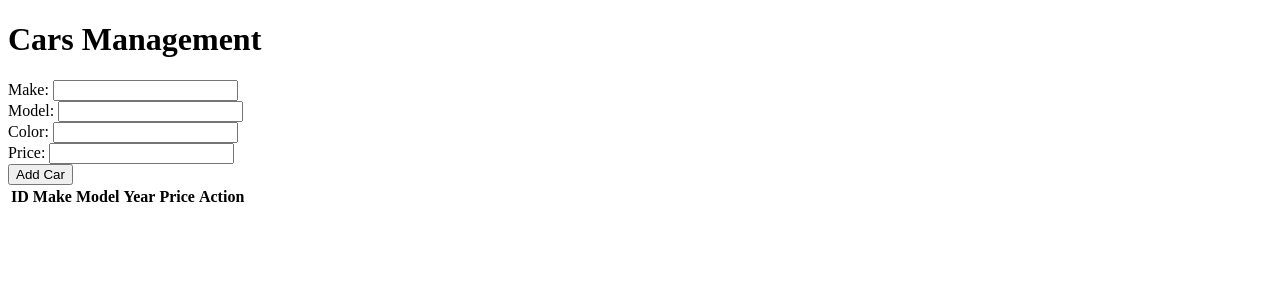
Repository: akshayambulgekar/TrainingProject
Page: Cars/Cars/src/main/resources/static/index.html
The author's editor kept a copy of each file at every save. The page is drawn from the files as they stood at one save, then again after the next save.
The browser window is 1280 px wide. The pictures show the whole page.
The page's requests for data from a server got no answer.

Above is the page before, as saved 2023-07-24 08:48:08.

After the next save:
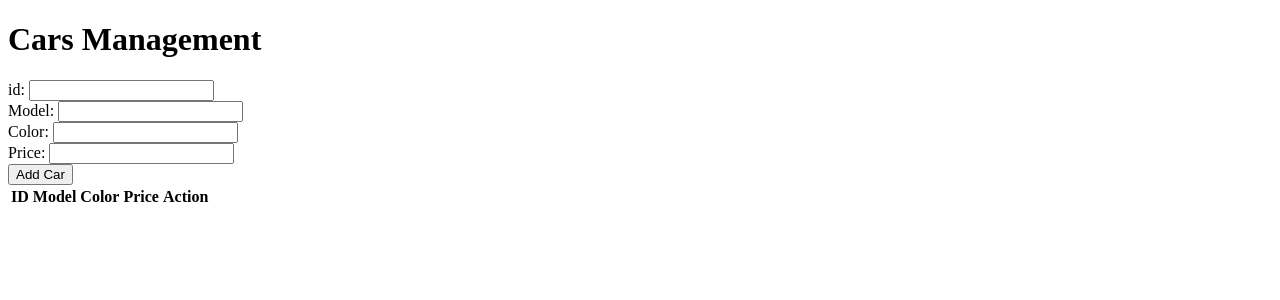
Saved 53 s later.
--- a/Cars/Cars/src/main/resources/static/index.html
+++ b/Cars/Cars/src/main/resources/static/index.html
@@ -7,8 +7,8 @@
     <h1>Cars Management</h1>
 
     <form id="addCarForm">
-        <label for="make">Make:</label>
-        <input type="text" id="make" name="make" required><br>
+        <label for="make">id:</label>
+        <input type="text" id="id" name="make" required><br>
 
         <label for="model">Model:</label>
         <input type="text" id="model" name="model" required><br>
@@ -25,9 +25,8 @@
     <table id="carsTable">
         <tr>
             <th>ID</th>
-            <th>Make</th>
             <th>Model</th>
-            <th>Year</th>
+            <th>Color</th>
             <th>Price</th>
             <th>Action</th>
         </tr>
